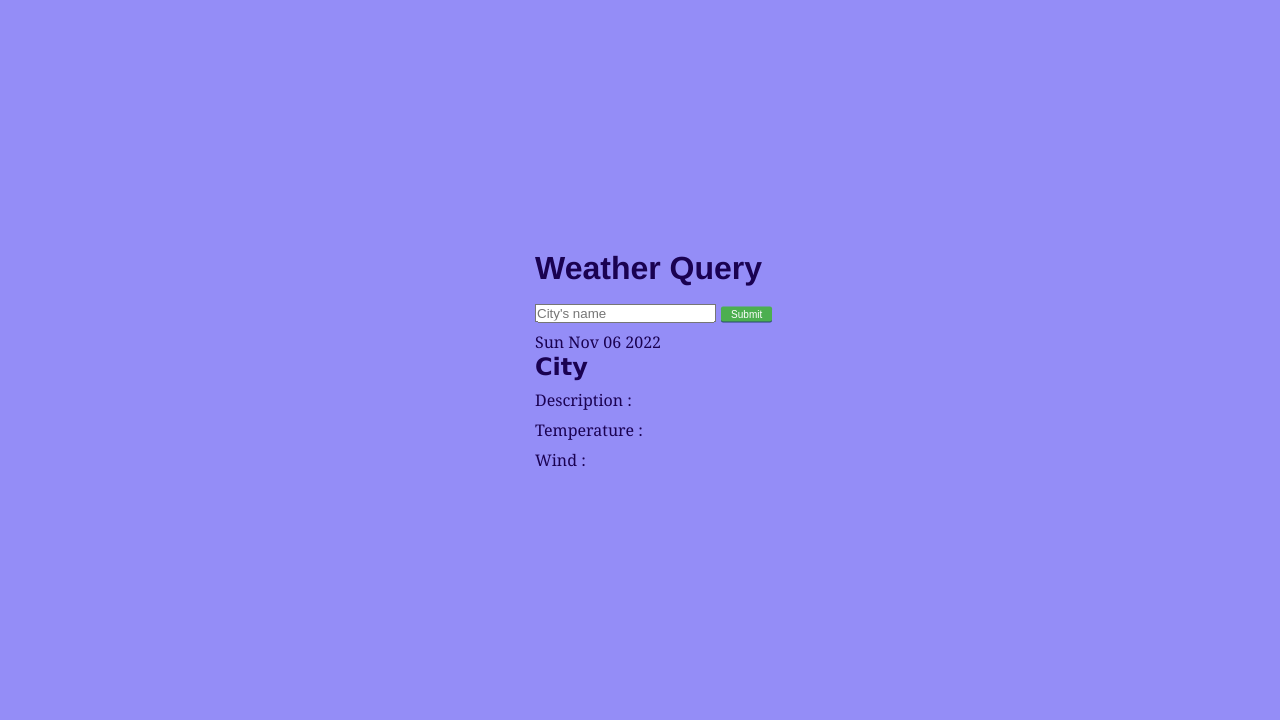
Repository: heartbreathing/searchWeather
Page: index.html
The author's editor kept a copy of each file at every save. The page is drawn from the files as they stood at one save, then again after the next save.
The browser window is 1280 px wide. The pictures show the whole page.

Above is the page before, as saved 2022-11-07 09:14:27.

After the next save:
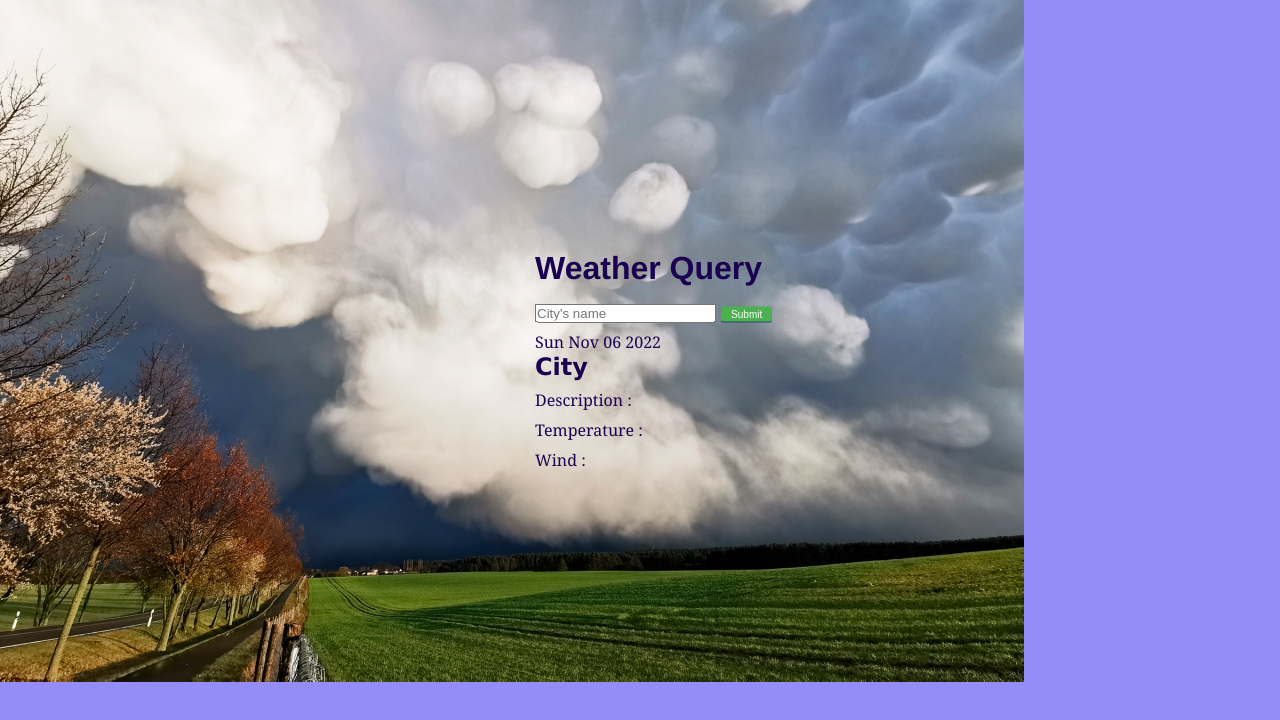
Saved 7 s later.
--- a/index.css
+++ b/index.css
@@ -7,7 +7,7 @@ body {
     background-color: rgb(148, 141, 247);
     background-image: url(./image/background_image.jpg);
     background-repeat: no-repeat;
-    background-size:contain;
+    background-size:;
     font-family: 'Lucida Sans', 'Lucida Sans Regular', 'Lucida Grande', 'Lucida Sans Unicode', Geneva, Verdana, sans-serif ;
     color: rgb(26, 2, 81);
 }
